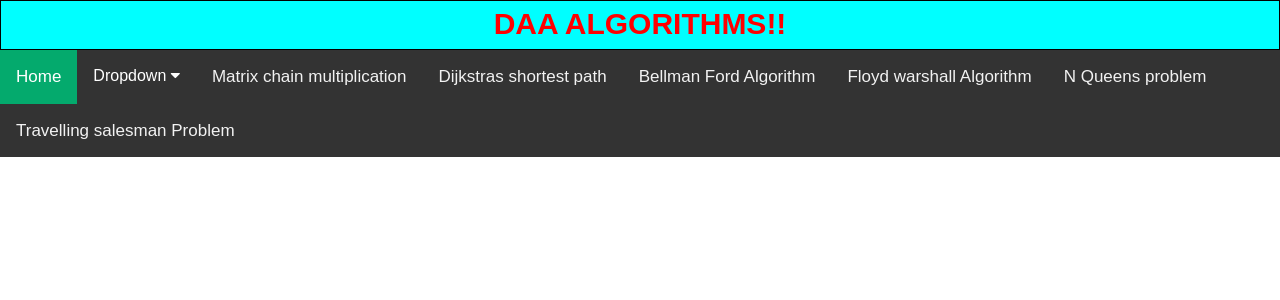
Repository: vinaybabu3962/ALGORITHMIC-TOOLBOX
Page: DAA_WT/webapp/index.html
The author's editor kept a copy of each file at every save. The page is drawn from the files as they stood at one save, then again after the next save.
The browser window is 1280 px wide. The pictures show the whole page.

Above is the page before, as saved 2021-07-06 13:56:29.

After the next save:
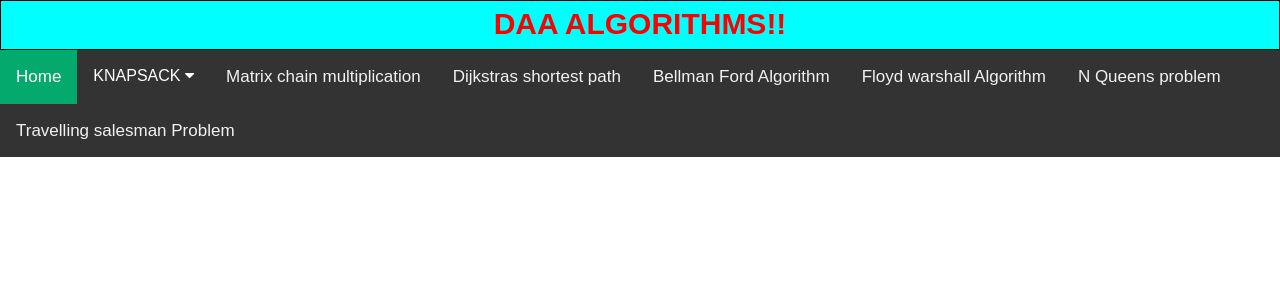
Saved 103 s later.
--- a/DAA_WT/webapp/index.html
+++ b/DAA_WT/webapp/index.html
@@ -91,7 +91,7 @@ body {
 <div class="topnav">
   <a class="active" href="#home">Home</a>
   <div class="dropdown">
-    <button class="dropbtn">Dropdown
+    <button class="dropbtn">KNAPSACK
       <i class="fa fa-caret-down"></i>
     </button>
     <div class="dropdown-content">
